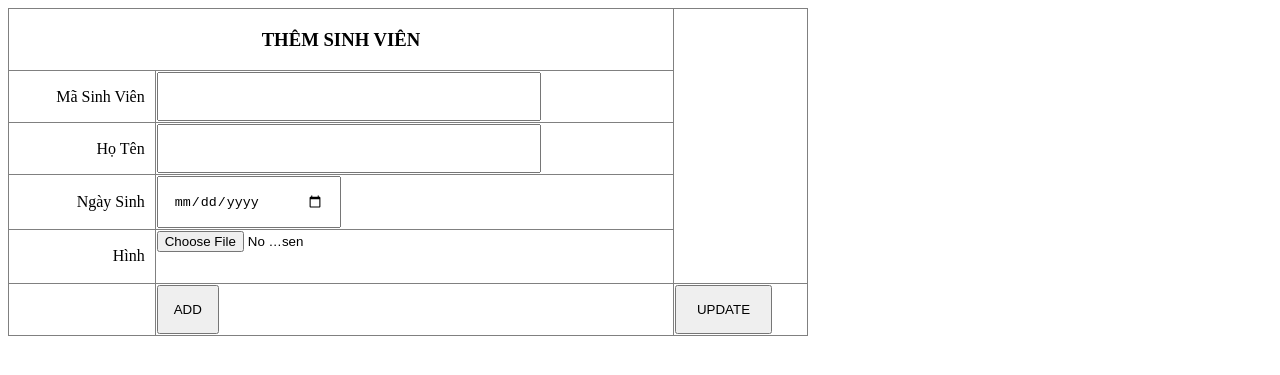
Repository: Tan-Khang21/TH_TKW--Buoi_04
Page: Bai_Tap_Mau/Bai_04/Bai_04.html
An editor plug-in stored every save of this project. The page is shown before and after the next save, followed by the edit.
The browser window is 1280 px wide. The pictures show the whole page.

Above is the page before, as saved 2024-03-06 09:55:45.

After the next save:
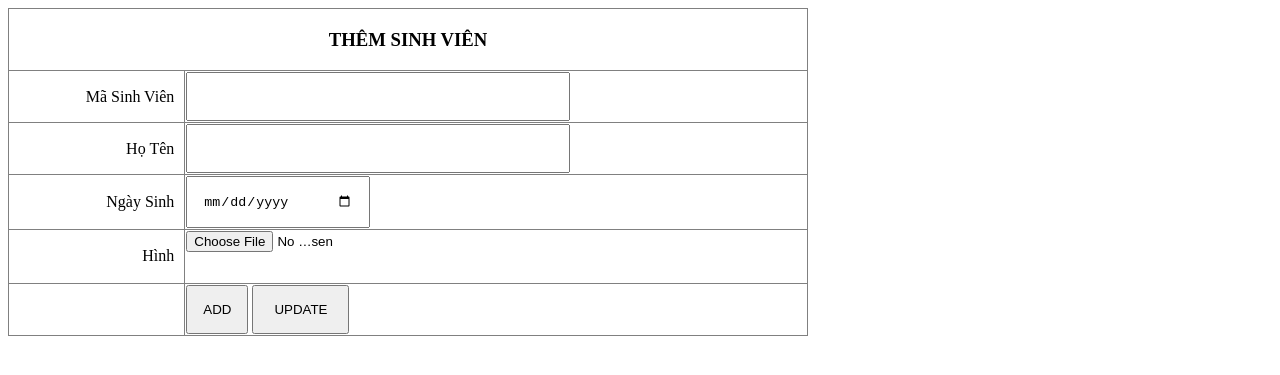
Saved 18 s later.
--- a/Bai_Tap_Mau/Bai_04/Bai_04.html
+++ b/Bai_Tap_Mau/Bai_04/Bai_04.html
@@ -28,8 +28,8 @@
         </tr>
         <tr>
             <td align="right" style="padding: 10px;"></td>
-            <td colspan="2"> <input type="button" value="ADD" style=" padding: 15px;"></td>
-            <td colspan="2"> <input type="button" value="UPDATE" style=" padding: 15px 20px;"></td>
+            <td colspan="2"> <input type="button" value="ADD" style=" padding: 15px;">
+            <input type="button" value="UPDATE" style=" padding: 15px 20px;"></td>
         </tr>
     </table>
 </body>
